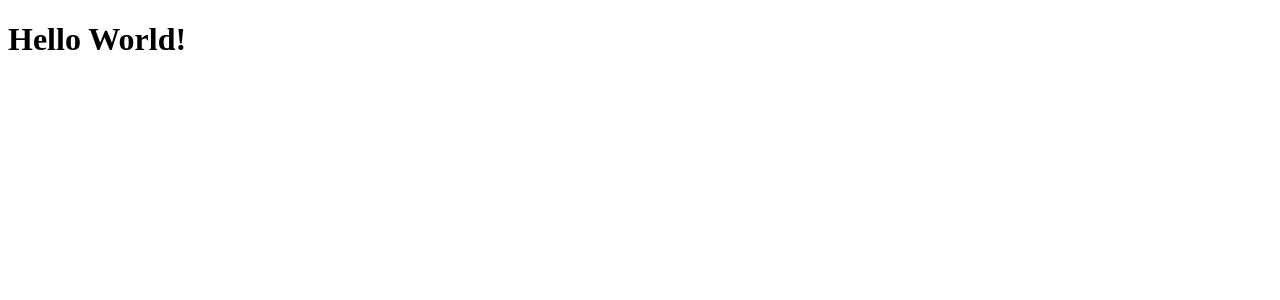
Repository: DamianBorawski/daft-project
Page: src/index.html
The author's editor kept a copy of each file at every save. The page is drawn from the files as they stood at one save, then again after the next save.
The browser window is 1280 px wide. The pictures show the whole page.

Above is the page before, as saved 2020-04-16 17:58:18.

### src/index.html
<!DOCTYPE html>
<html>
<head>
    <meta charset="utf-8">
    <title>Hello World</title>
    <meta name="viewport" content="width=device-width, initial-scale=1, shrink-to-fit=no">
</head>
<body>
    <h1>Hello World!</h1>
</body>
</html>

After the next save:
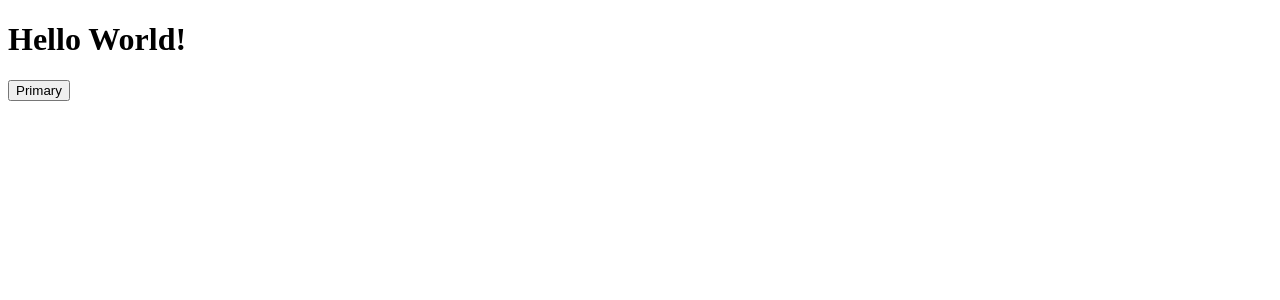
Saved 13 min 3 s later.
--- a/src/index.html
+++ b/src/index.html
@@ -7,5 +7,7 @@
 </head>
 <body>
     <h1>Hello World!</h1>
+    <button type="button" class="btn btn-primary">Primary</button>
+
 </body>
 </html>
